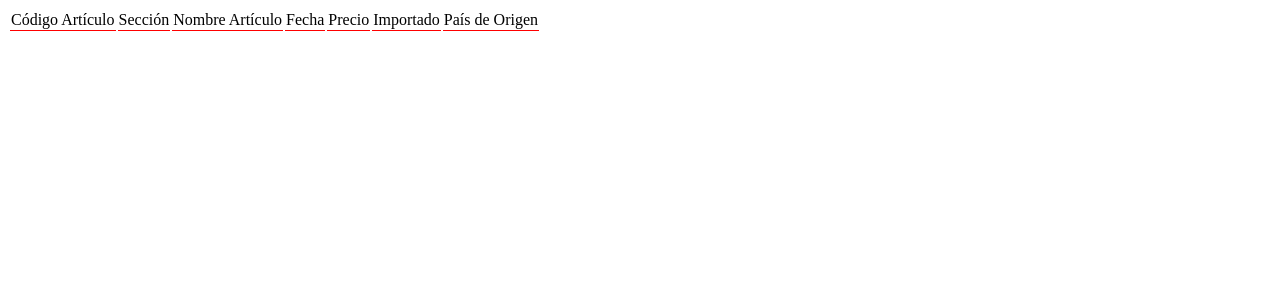
Repository: FernandoJFernandez/Curso-java-2022
Page: http://localhost/Web_de_Productos/ControladorProductos
The author's editor kept a copy of each file at every save. The page is drawn from the files as they stood at one save, then again after the next save.
The browser window is 1280 px wide. The pictures show the whole page.
The page is served by Tomcat 9. Other server files are loaded and not shown. Queries for data that is not in the repository find no rows.

Above is the page before, as saved 2023-04-24 22:48:16.

### Web_de_Productos/src/main/webapp/ListaProductos.jsp
<%@ page language="java" contentType="text/html; charset=UTF-8"
    pageEncoding="UTF-8"%>
<%@taglib uri="http://java.sun.com/jsp/jstl/core" prefix = "c" %>

<!DOCTYPE html>
<html>
<head>
	<meta charset="UTF-8">
	<title>Lista Productos</title>
	<style type="text/css">
		.cabecera{
			border-bottom: solid #F00 1px;
		}
	</style>
</head>
<body>
	<table>
		<tr>
			<td class="cabecera">Código Artículo</td>
			<td class="cabecera">Sección</td>
			<td class="cabecera">Nombre Artículo</td>
			<td class="cabecera">Fecha</td>
			<td class="cabecera">Precio</td>
			<td class="cabecera">Importado</td>
			<td class="cabecera">País de Origen</td>
		</tr>

		<c:forEach var="tempProd" items="${LISTAPRODUCTOS}">
			<tr>
				<td>${tempProd.cArt}</td>
				<td>${tempProd.seccion}</td>
				<td>${tempProd.nArt}</td>
				<td>${tempProd.fecha}</td>
				<td>${tempProd.precio}</td>
				<td>${tempProd.importado}</td>
				<td>${tempProd.pOrig}</td>
			</tr>
		</c:forEach>
	</table>
</body>
</html>

### Web_de_Productos/src/main/java/com/pildorasinformaticas/productos/ControladorProductos.java
package com.pildorasinformaticas.productos;

import java.io.IOException;
import java.util.List;

import javax.annotation.Resource;
import javax.servlet.RequestDispatcher;
import javax.servlet.ServletException;
import javax.servlet.annotation.WebServlet;
import javax.servlet.http.HttpServlet;
import javax.servlet.http.HttpServletRequest;
import javax.servlet.http.HttpServletResponse;
import javax.sql.DataSource;

/**
 * Servlet implementation class ControladorProductos
 */
@WebServlet("/ControladorProductos")
public class ControladorProductos extends HttpServlet {
	private static final long serialVersionUID = 1L;

	private ModeloProductos modeloProductos;

	//Definir o establecer el datasource
	@Resource (name="jdbc/productos")
	private DataSource miPool;

	@Override
	public void init() throws ServletException {
		// TODO Auto-generated method stub
		super.init();

		try {
			modeloProductos = new ModeloProductos(miPool);
		}catch(Exception e) {
			throw new ServletException(e);
		}
	}

	/**
	 * @see HttpServlet#doGet(HttpServletRequest request, HttpServletResponse response)
	 */
	protected void doGet(HttpServletRequest request, HttpServletResponse response) throws ServletException, IOException {
		// TODO Auto-generated method stub
		//response.getWriter().append("Served at: ").append(request.getContextPath());

		//Obtener la lista de productos desde el modelo
		List<Productos> productos;

		try {
			productos = modeloProductos.getProductos();

		//Agregar lista de productos al request
		request.setAttribute("LISTAPRODUCTOS", productos);

		//Enviar ese request a la página JSP
		RequestDispatcher miDispatcher = request.getRequestDispatcher("/ListaProductos.jsp");
		miDispatcher.forward(request, response);

		}catch(Exception e) {
			e.printStackTrace();
		}
	}
}

After the next save:
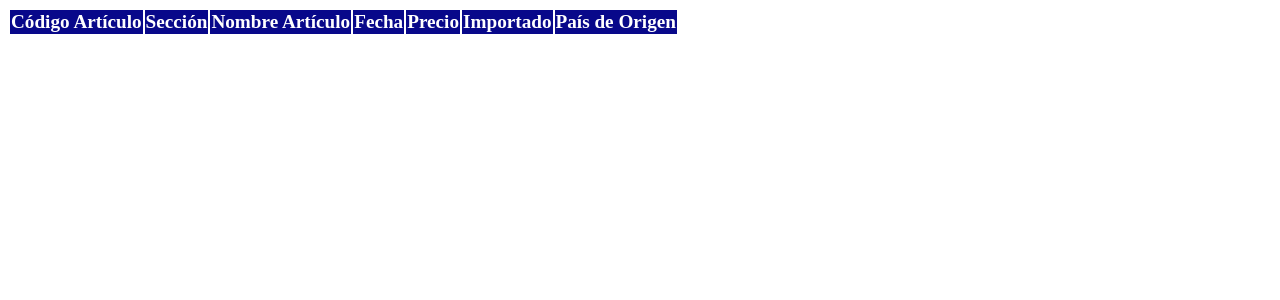
Saved 101 s later.
--- a/Web_de_Productos/src/main/webapp/ListaProductos.jsp
+++ b/Web_de_Productos/src/main/webapp/ListaProductos.jsp
@@ -9,7 +9,10 @@
 	<title>Lista Productos</title>
 	<style type="text/css">
 		.cabecera{
-			border-bottom: solid #F00 1px;
+			font-size: 1.2em;
+			font-weight:bold;
+			color:#FFFFFF;
+			background-color:#08088A;
 		}
 	</style>
 </head>
